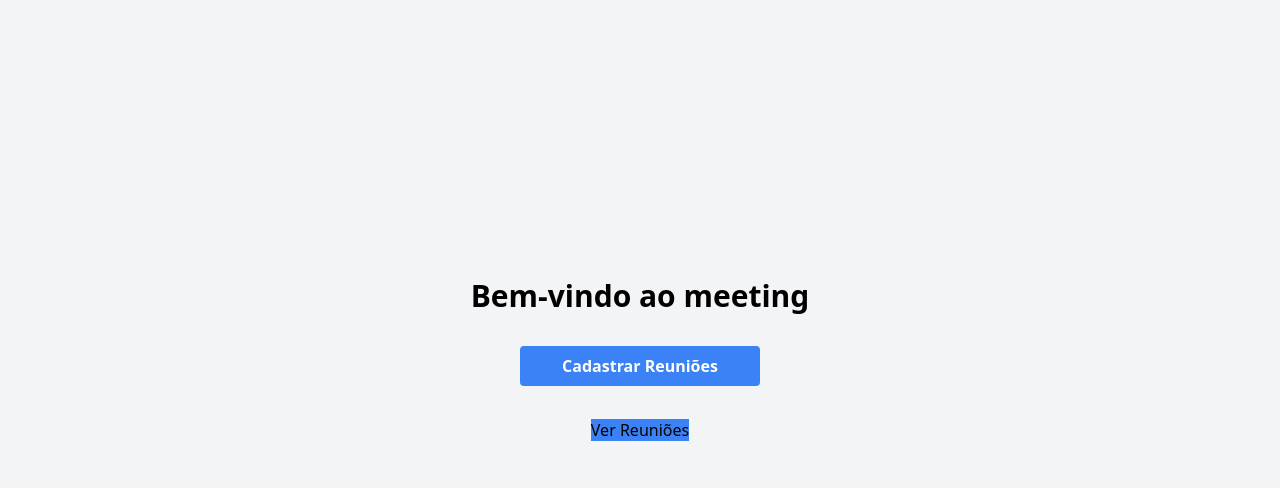
Repository: TamiBeira/meeting
Page: /
These files come from the project's save history. The page is drawn as it stood at one moment and after the next save; the edit follows.
The browser window is 1280 px wide. The pictures show the whole page.
The project was rebuilt for these pictures with package versions that can differ from the ones it lists, and the page was loaded fresh each time. Also part of the build but not shown: vite.config.ts, src/contexts/FormContext.tsx, src/contexts/MeetingsContext.tsx, src/components/Form.tsx, src/components/MeetingsView.tsx.

Above is the page before, as saved 2024-02-27 00:03:40.

### index.html
<!doctype html>
<html lang="pt">
  <head>
    <meta charset="UTF-8" />
    <meta name="viewport" content="width=device-width, initial-scale=1.0" />
    <title>Meeting</title>
  </head>
  <body>
    <div id="root"></div>
    <script type="module" src="/src/main.tsx"></script>
  </body>
</html>

### src/app.tsx
import { BrowserRouter as Router, Routes, Route } from 'react-router-dom';
import { FormProvider } from './contexts/FormContext';
import { MeetingsProvider } from './contexts/MeetingsContext';
import { Form } from './components/Form';
import { MeetingsView } from './components/MeetingsView';
import { HomePage } from './components/HomePage';

export const App = () => {
  return (
    <Router>
      <Routes>
        <Route path="/" element={<HomePage />} />
        <Route path="/form" element={<FormProvider><Form /></FormProvider>} />
        <Route path="/meetings" element={<MeetingsProvider><MeetingsView /></MeetingsProvider>} />
      </Routes>
    </Router>
  );
};

### src/components/HomePage.tsx
import { Link } from 'react-router-dom';

export const HomePage = () => {
  return (
    <div className="flex flex-col items-center justify-center min-h-screen bg-gray-100">
      <h1 className="text-3xl font-bold mb-8">Bem-vindo ao meeting</h1>
      <div className="flex space-x-4">
        <Link
          to="/form"
          className="w-60 text-center bg-blue-500 hover:bg-blue-600 text-white font-bold py-2 px-4 rounded focus:outline-none focus:shadow-outline"
        >
          Cadastrar Reuniões
        </Link>
      </div>
      <div className="mt-8">
        <Link
          to="/meetings"
          className="w-60 text-center bg-blue-500 hover:bg-blue-600"
        >
          Ver Reuniões
        </Link>
      </div>
    </div>
  );
};

### tailwind.config.js
/** @type {import('tailwindcss').Config} */
export default {
  content: [
    "./index.html",
    "./src/**/*.tsx",
  ],
  theme: {
    extend: {},
  },
  plugins: [],
}

Loaded but not shown: src/main.tsx (common file); src/index.css (common file)

After the next save:
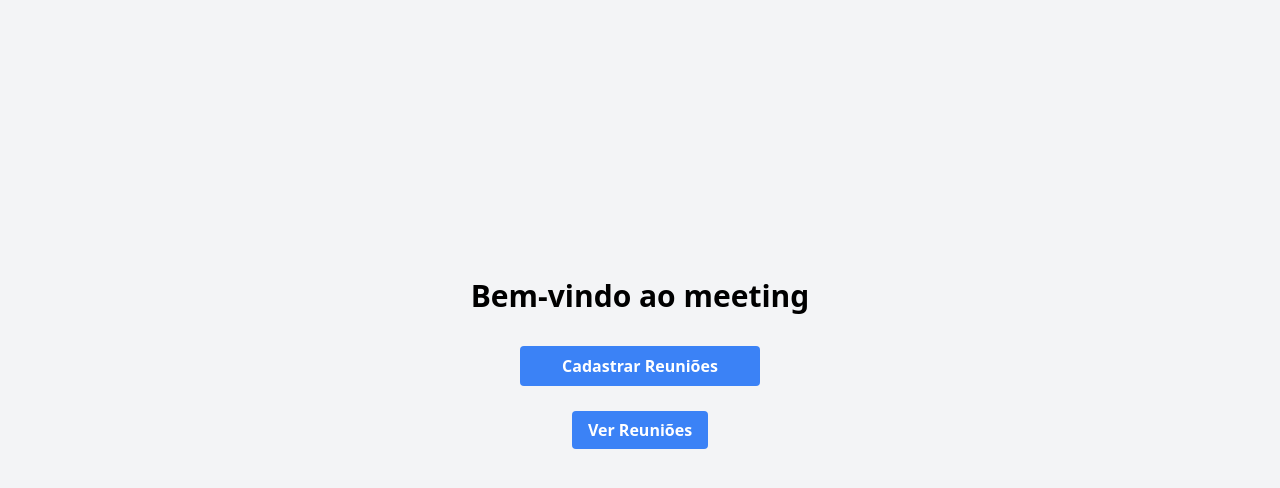
Saved 15 s later.
--- a/src/components/HomePage.tsx
+++ b/src/components/HomePage.tsx
@@ -15,7 +15,7 @@ export const HomePage = () => {
       <div className="mt-8">
         <Link
           to="/meetings"
-          className="w-60 text-center bg-blue-500 hover:bg-blue-600"
+          className="w-60 text-center bg-blue-500 hover:bg-blue-600 text-white font-bold py-2 px-4 rounded focus:outline-none focus:shadow-outline"
         >
           Ver Reuniões
         </Link>
